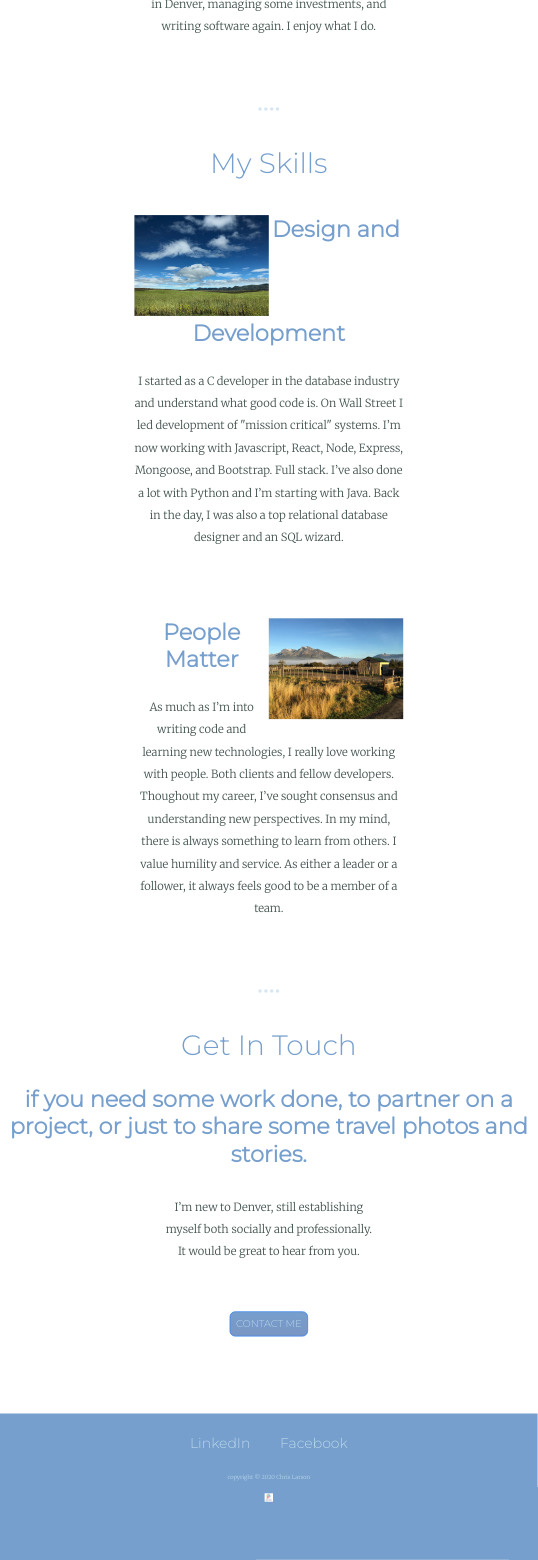
Repository: EpiTao-LLC/Personal_web_page
Page: index.html
An editor plug-in stored every save of this project. The page is shown before and after the next save, followed by the edit.
The browser window is 768 px wide. The pictures show the part of the page from y = 1505 to 3745 px (the page is 3734 px tall before and 3745 px after), at 70% of full size.

Above is the page before, as saved 2020-08-30 15:07:31.

After the next save:
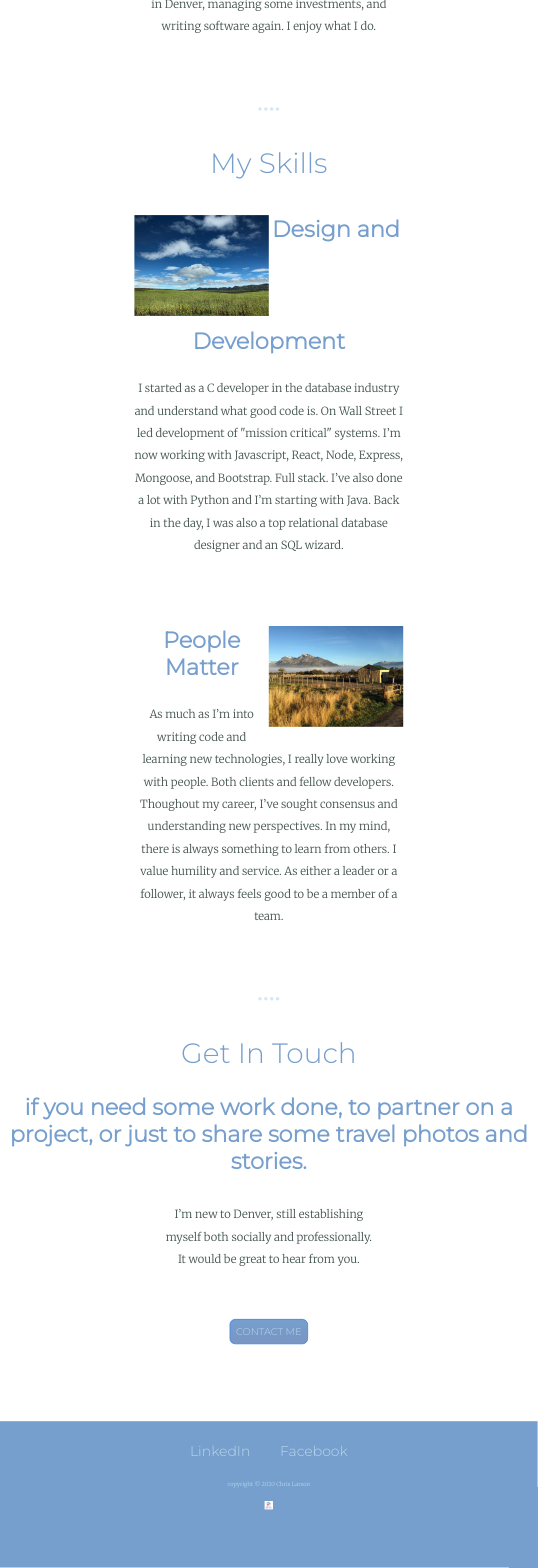
Saved 13 s later.
--- a/css/styles.css
+++ b/css/styles.css
@@ -181,7 +181,7 @@ a:hover{
         float: fit-content;
         margin-left: 0px;
         margin-right: 0px;
-        margin-bottom: 5px;
+        margin-bottom: 1rem;
     }
     .skills-img-2 {
         width: 50%;
